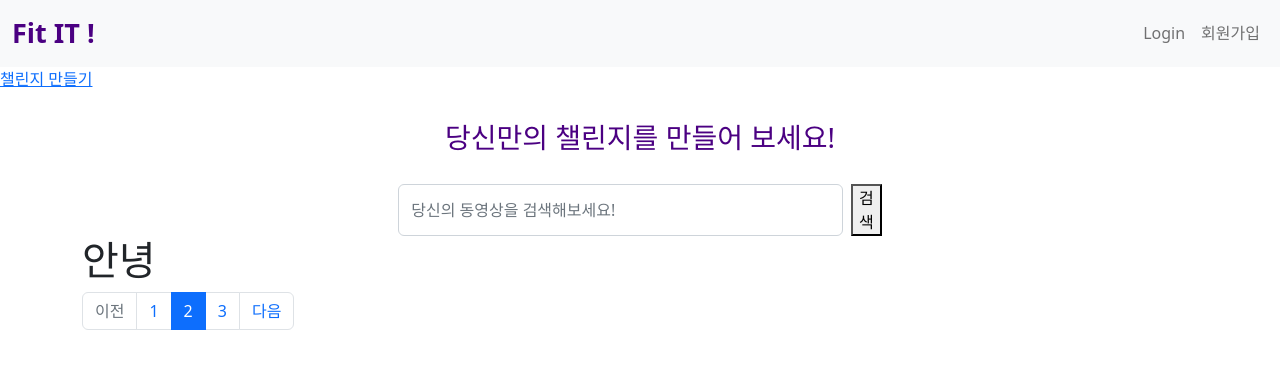
Repository: 4everGirls/Fit-IT-FRONT
Page: /makeChallenge (app in FrontEnd/fit-it/)
An editor plug-in stored every save of this project. The page is shown before and after a run of saves, followed by the edit.
The browser window is 1280 px wide. The pictures show the whole page.
The project was rebuilt for these pictures with package versions that can differ from the ones it lists, and the page was loaded fresh each time. Also part of the build but not shown: FrontEnd/fit-it/vue.config.js, FrontEnd/fit-it/src/views/HomeView.vue, FrontEnd/fit-it/src/components/user/RegistUser.vue, FrontEnd/fit-it/src/components/user/LoginUser.vue.

Above is the page before, as saved 2022-11-20 01:31:27.

### FrontEnd/fit-it/public/index.html
<!DOCTYPE html>
<html lang="">
  <head>
    <meta charset="utf-8" />
    <meta http-equiv="X-UA-Compatible" content="IE=edge" />
    <meta name="viewport" content="width=device-width,initial-scale=1.0" />
    <link rel="icon" href="<%= BASE_URL %>favicon.ico" />
    <link
      href="https://cdn.jsdelivr.net/npm/bootstrap@5.2.2/dist/css/bootstrap.min.css"
      rel="stylesheet"
      integrity="sha384-Zenh87qX5JnK2Jl0vWa8Ck2rdkQ2Bzep5IDxbcnCeuOxjzrPF/et3URy9Bv1WTRi"
      crossorigin="anonymous"
    />
    <script
      src="https://cdn.jsdelivr.net/npm/bootstrap@5.2.2/dist/js/bootstrap.bundle.min.js"
      integrity="sha384-OERcA2EqjJCMA+/3y+gxIOqMEjwtxJY7qPCqsdltbNJuaOe923+mo//f6V8Qbsw3"
      crossorigin="anonymous"
    ></script>
    <title><%= htmlWebpackPlugin.options.title %></title>
  </head>
  <body>
    <noscript>
      <strong
        >We're sorry but <%= htmlWebpackPlugin.options.title %> doesn't work
        properly without JavaScript enabled. Please enable it to
        continue.</strong
      >
    </noscript>
    <div id="app"></div>
    <!-- built files will be auto injected -->
  </body>
</html>

### FrontEnd/fit-it/src/App.vue
<template>
  <div id="app">
    <header-nav/>

    <router-link to="/makeChallenge">챌린지 만들기</router-link>
    <router-view />

  </div>
</template>

<script>
import HeaderNav from "@/components/common/HeaderNav.vue";

export default {
  name: "App",
  components: {
    HeaderNav,
  }
}
</script>

<style>
* {
  margin: 0;
  padding: 0;
  box-sizing: border-box;
  list-style: none;
}

.text-center {
  text-align: center;
}

</style>

### FrontEnd/fit-it/src/router/index.js
import Vue from "vue";
import VueRouter from "vue-router";
import HomeView from "../views/HomeView.vue";
import RegistUser from "@/components/user/RegistUser.vue";
import LoginUser from "@/components/user/LoginUser.vue";
import MakeChallenge from "@/views/MakeChallengeView.vue";

Vue.use(VueRouter);

const routes = [
  {
    path: "/",
    name: "home",
    component: HomeView,
  },
  {
    path: "/login",
    name: "login",
    component: LoginUser,
  },
  {
    path: "/regist",
    name: "regist",
    component: RegistUser,
  },
  {
    path: "/makeChallenge",
    name: "makeChallenge",
    component: MakeChallenge,
  },
];

const router = new VueRouter({
  mode: "history",
  base: process.env.BASE_URL,
  routes,
});

export default router;

### FrontEnd/fit-it/src/store/index.js
import Vue from 'vue'
import Vuex from 'vuex'
import axios from 'axios';
import router from "@/router";
import createPersistedState from "vuex-persistedstate";

Vue.use(Vuex)

const REST_API = `http://localhost:9999`;
// const API_URL = `https://www.googleapis.com/youtube/v3/search`;
// const YOUTUBE_KEY = process.env.VUE_APP_YOUTUBE_API_KEY;

export default new Vuex.Store({
  plugins: [createPersistedState()],
  state: {
    loginUser: null,
    videos: [],
    video: null,
  },
  getters: {
  },
  mutations: {
    LOGIN_USER(state, user) {
      state.loginUser = user;
    },
    SEARCH_VIDEO(state, videos) {
      state.videos = videos
    },
  },
  actions: {
    loginUser({ commit }, user) {
      console.log(user);
      const API_URL = `${REST_API}/userApi/login`;
      axios({
        url: API_URL,
        method: "POST",
        data: user,
      })
        .then((res) => {
        if (res.data.message === "success") {
            commit("LOGIN_USER", user);
            sessionStorage.setItem("access-token", res.data["access-token"]);
            router.push({ name: "home" });
          } else {
            alert("로그인에 실패하였습니다.");
          }
        })
        .catch((err) => {
          console.log(err);
        });
    },
    createUser({ commit }, user) {
      const API_URL = `${REST_API}/userApi/signup`;

      axios({
        url: API_URL,
        method: "POST",
        data: user,
      })
        .then((res) => {
          commit;
          res;
          alert("회원 가입이 완료 되었습니다.");
          router.push("/login");
        })
        .catch((err) => {
          console.log(err);
        });
    },
    searchVideo({commit}, keyword) {
      console.log(keyword);
      // axios({
      //   url: API_URL,
      //   method: "GET",
      //   params: {
      //     key: YOUTUBE_KEY,
      //     part: 'snippet',
      //     q: keyword,
      //     type: 'video',
      //     maxResults: 3,
      //   }
      // })
      //   .then((res) => {
      //     console.log(res.data);
      //     commit("SEARCH_VIDEO", res.data.items)
      //   })
      //   .catch((err) => console.log(err));
      console.log({commit});
    },
  },
  modules: {
  }
})

### FrontEnd/fit-it/src/components/common/HeaderNav.vue
<template>
    <header>
    <!-- 로그인 전 (login, )-->
    <!-- Nav Bar 오른쪽 정렬 -->
    <nav class="navbar navbar-expand-sm bg-light navbar-light">
        <div class="container-fluid">
            <router-link to="/" class="navbar-brand nav-link">Fit IT !</router-link>
            <div class="collapse navbar-collapse justify-content-end" id="collapsibleNavbar">
                <ul class="navbar-nav">
                <li class="nav-item">
                    <router-link to="/login" class="nav-link">Login</router-link>
                </li>
                <li class="nav-item">
                    <router-link to="/regist" class="nav-link">회원가입</router-link>
                </li>
                </ul>
            </div>
        </div>
    </nav>
    </header>
</template>

<script>
export default {
name: "HeaderNav",
};
</script>

<style>
.navbar-brand {
color: indigo;
font-weight: 750;
font-size: 27px;
}
</style>

### FrontEnd/fit-it/src/views/MakeChallengeView.vue
<template>
  <div class="container">
    <!--search-container-->
    <div class="row">
        <search-video></search-video>
        <search-result></search-result>
    </div>
    <!--result form-->
    <div></div>
  </div>
</template>

<script>
import SearchVideo from '@/components/challenge/MakeChallenge/SearchVideo.vue';
import SearchResult from '@/components/challenge/MakeChallenge/SearchResult.vue';

export default {
    name: "MakeChallenge",
    components: {
        SearchVideo,
        SearchResult,
    }
}
</script>

<style>

</style>

### FrontEnd/fit-it/src/components/challenge/MakeChallenge/SearchVideo.vue
<template>
  <div class="container">
    <div class="flex-container">
      <div class="flex-item">
        <h3 class="title">당신만의 챌린지를 만들어 보세요!</h3>
      </div>
      <div class="searchContainer flex-item">
        <form class="d-flex" role="search">
          <input
            class="form-control me-2"
            type="search"
            placeholder="당신의 동영상을 검색해보세요!"
            aria-label="Search"
            size="40"
            @keyup.enter="search"
            v-model="keyword"
          />
          <button>검색</button>
        </form>
      </div>
    </div>
  </div>
</template>

<script>
export default {
  name: "SearchVideo",
  data() {
    return {
      keyword: "",
    };
  },
  methods: {
    search() {
      this.$store.dispatch("searchVideo", this.keyword);
    },
  },
};
</script>

<style scoped>
.title {
  margin: 30px;
  color: indigo;
  font-weight: 350;
}
.flex-container {
  display: flex;
  justify-content: center;
  align-items: center;
  flex-direction: column;
}
.searchContainer {
}
</style>

### FrontEnd/fit-it/src/components/challenge/MakeChallenge/SearchResult.vue
<template>
  <div class="result-container">
    <h1>안녕</h1>
    <li>
    <div class="list-container column">
      <!-- <div class="card" style="width: 18rem">
        <img
          v-for="video in videos"
          :key="video.videoId"
          :video="video"
          class="card-img-top"
          :src="video.snippet.thumbnails.default.url"
          alt="video-img"
        />
        <div class="card-body">
          <p class="card-text">
            {{ video.snippet.title }}
          </p>
          <button>추가</button>
        </div>
      </div> -->
    </div>
    </li>
    <!--Pagination-->
    <footer>
      <ul class="pagination">
        <li class="page-item disabled">
          <span class="page-link">이전</span>
        </li>
        <li class="page-item"><a class="page-link" href="#">1</a></li>
        <li class="page-item active" aria-current="page">
          <span class="page-link">2</span>
        </li>
        <li class="page-item"><a class="page-link" href="#">3</a></li>
        <li class="page-item">
          <a class="page-link" href="#">다음</a>
        </li>
      </ul>
    </footer>
  </div>
</template>

<script>
import { mapState } from "vuex";
export default {
  name: "SearchResult",
  computed: {
    ...mapState(["videos", "video"]),
  },
};
</script>

<style></style>

Loaded but not shown: FrontEnd/fit-it/src/main.js (common file)

After the next 3 saves:
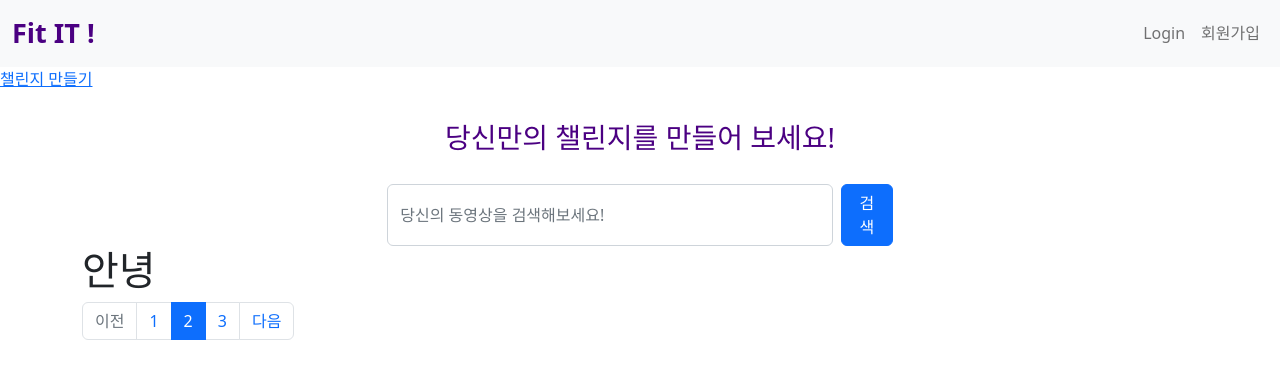
The 3 saves are shown as one change because they came seconds apart.
The last was saved 8 s later.
--- a/FrontEnd/fit-it/src/components/challenge/MakeChallenge/SearchVideo.vue
+++ b/FrontEnd/fit-it/src/components/challenge/MakeChallenge/SearchVideo.vue
@@ -15,7 +15,9 @@
             @keyup.enter="search"
             v-model="keyword"
           />
-          <button>검색</button>
+          <button class="btn btn-primary" type="submit" @click="search">
+            검색
+          </button>
         </form>
       </div>
     </div>
